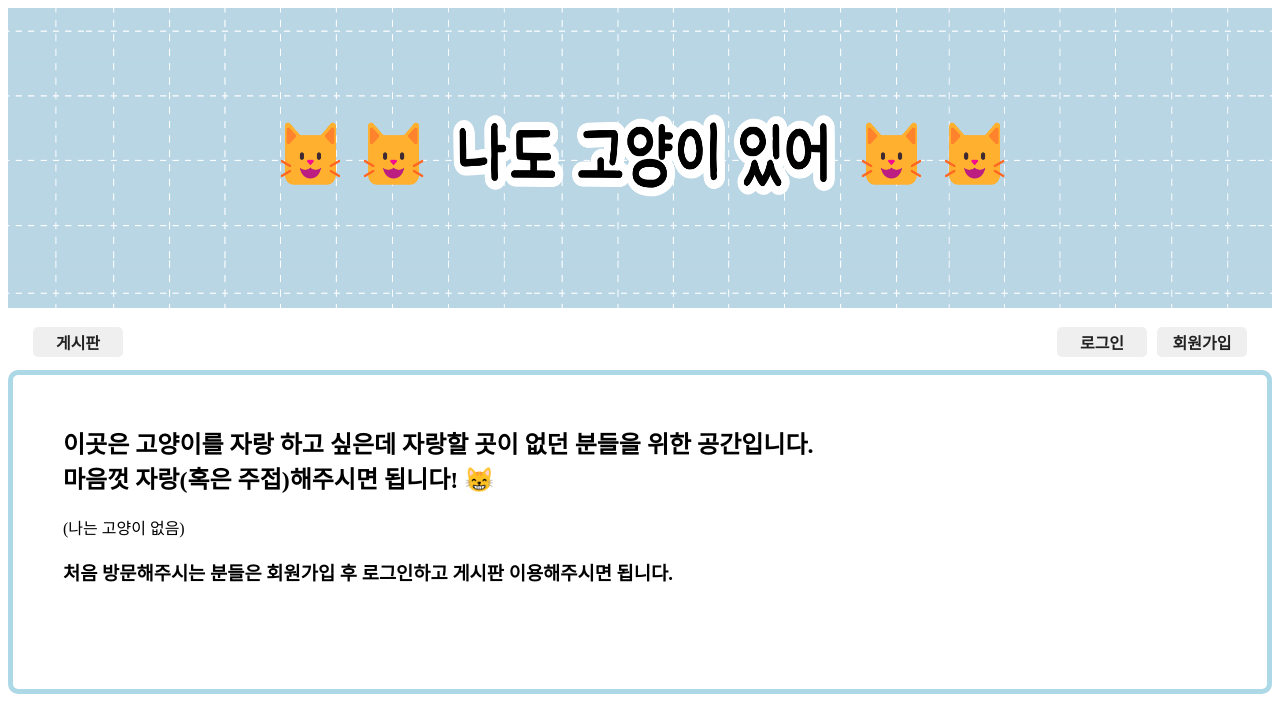
Repository: hh7711/Goit
Page: http://localhost/Goit/WEB-INF/views/mainPage.jsp
The author's editor kept a copy of each file at every save. The page is drawn from the files as they stood at one save, then again after the next save.
The browser window is 1280 px wide. The pictures show the whole page.
Some web fonts or font styles are not loaded; a fallback is used. The page is served by Tomcat 9. Nobody is signed in. The template is opened directly, without the code that normally fills it, so the values that code supplies are empty.

Above is the page before, as saved 2023-08-06 15:19:12.

After the next save:
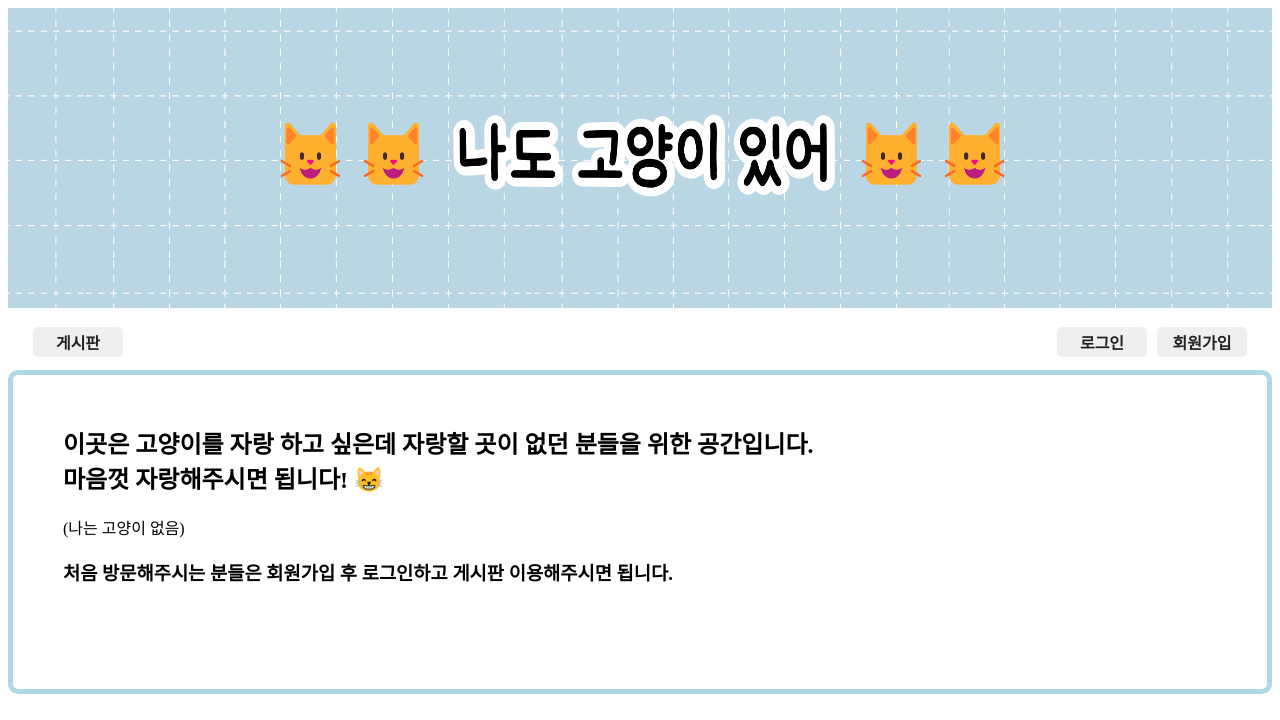
Saved 2 min 0 s later.
--- a/Goit/src/main/webapp/WEB-INF/views/mainPage.jsp
+++ b/Goit/src/main/webapp/WEB-INF/views/mainPage.jsp
@@ -77,7 +77,7 @@
 				<div style="margin: 50px;">
 <!-- 					<img alt="오류" src="resources/main/main1.jpg" width="100%"> -->
 					<h2>이곳은 고양이를 자랑 하고 싶은데 자랑할 곳이 없던 분들을 위한 공간입니다.<br>
-					마음껏 자랑(혹은 주접)해주시면 됩니다! 😸</h2>
+					마음껏 자랑해주시면 됩니다! 😸</h2>
 					(나는 고양이 없음)
 					<h3>처음 방문해주시는 분들은 회원가입 후 로그인하고 게시판 이용해주시면 됩니다.</h3>
 					<br><br>
